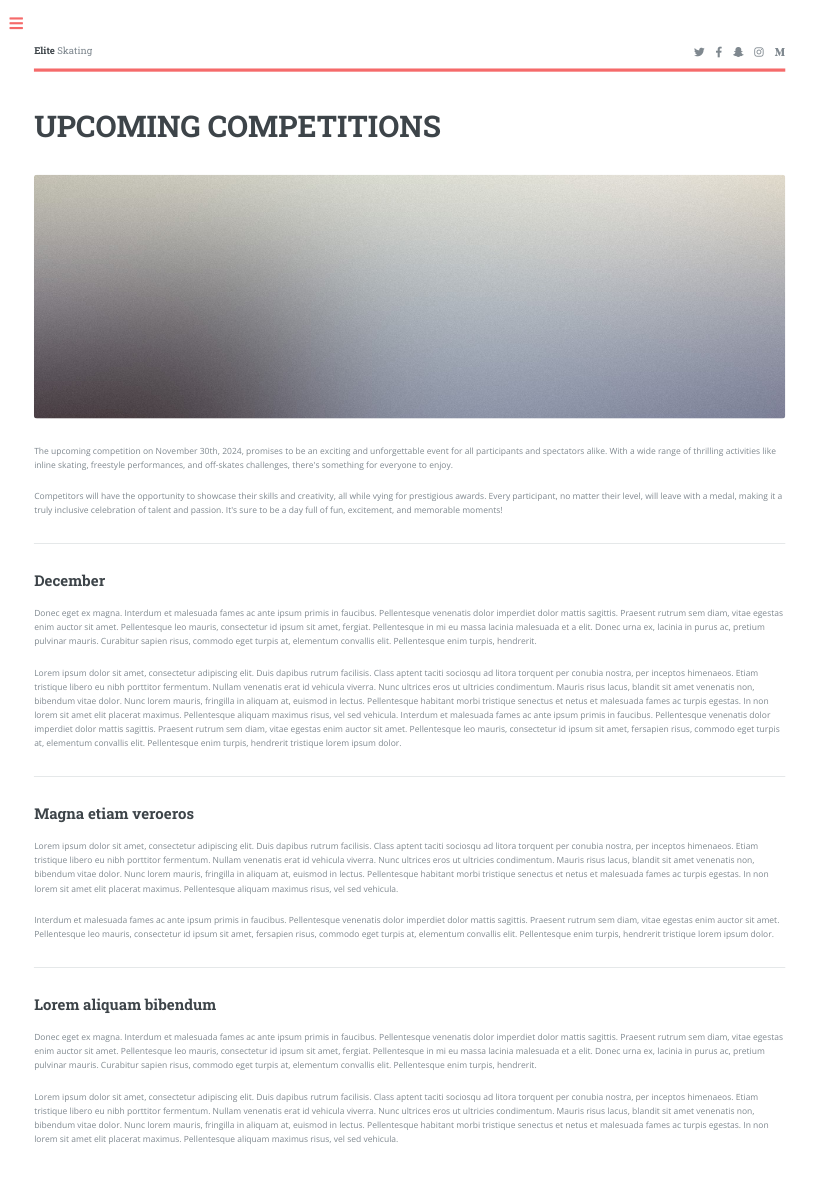
Repository: rachel648/New_Elite
Page: generic.html
These files come from the project's save history. The page is drawn as it stood at one moment and after the next save; the edit follows.
The browser window is 1280 px wide. The pictures show the whole page, at 64% of full size.

Above is the page before, as saved 2024-10-14 11:42:29.

### generic.html
<!DOCTYPE HTML>
<!--
	Editorial by HTML5 UP
	html5up.net | @ajlkn
	Free for personal and commercial use under the CCA 3.0 license (html5up.net/license)
-->
<html>
	<head>
		<title>Generic - Editorial by HTML5 UP</title>
		<meta charset="utf-8" />
		<meta name="viewport" content="width=device-width, initial-scale=1, user-scalable=no" />
		<link rel="stylesheet" href="assets/css/main.css" />
	</head>
	<body class="is-preload">

		<!-- Wrapper -->
			<div id="wrapper">

				<!-- Main -->
					<div id="main">
						<div class="inner">

							<!-- Header -->
								<header id="header">
									<a href="index.html" class="logo"><strong>Elite</strong> Skating</a>
									<ul class="icons">
										<li><a href="#" class="icon brands fa-twitter"><span class="label">Twitter</span></a></li>
										<li><a href="#" class="icon brands fa-facebook-f"><span class="label">Facebook</span></a></li>
										<li><a href="#" class="icon brands fa-snapchat-ghost"><span class="label">Snapchat</span></a></li>
										<li><a href="#" class="icon brands fa-instagram"><span class="label">Instagram</span></a></li>
										<li><a href="#" class="icon brands fa-medium-m"><span class="label">Medium</span></a></li>
									</ul>
								</header>

							<!-- Content -->
								<section>
									<header class="main">
										<h1>UPCOMING COMPETITIONS</h1>
									</header>

									<span class="image main"><img src="images/pic11.jpg" alt="" /></span>

									<p>The upcoming competition on November 30th, 2024, promises to be an exciting and unforgettable event for all participants and spectators alike. With a wide range of thrilling activities like inline skating, freestyle performances, and off-skates challenges, there's something for everyone to enjoy.</p>

									<p>Competitors will have the opportunity to showcase their skills and creativity, all while vying for prestigious awards. Every participant, no matter their level, will leave with a medal, making it a truly inclusive celebration of talent and passion. It's sure to be a day full of fun, excitement, and memorable moments!</p>

									<hr class="major" />

									<h2>December</h2>
									<p>Donec eget ex magna. Interdum et malesuada fames ac ante ipsum primis in faucibus. Pellentesque venenatis dolor imperdiet dolor mattis sagittis. Praesent rutrum sem diam, vitae egestas enim auctor sit amet. Pellentesque leo mauris, consectetur id ipsum sit amet, fergiat. Pellentesque in mi eu massa lacinia malesuada et a elit. Donec urna ex, lacinia in purus ac, pretium pulvinar mauris. Curabitur sapien risus, commodo eget turpis at, elementum convallis elit. Pellentesque enim turpis, hendrerit.</p>
									<p>Lorem ipsum dolor sit amet, consectetur adipiscing elit. Duis dapibus rutrum facilisis. Class aptent taciti sociosqu ad litora torquent per conubia nostra, per inceptos himenaeos. Etiam tristique libero eu nibh porttitor fermentum. Nullam venenatis erat id vehicula viverra. Nunc ultrices eros ut ultricies condimentum. Mauris risus lacus, blandit sit amet venenatis non, bibendum vitae dolor. Nunc lorem mauris, fringilla in aliquam at, euismod in lectus. Pellentesque habitant morbi tristique senectus et netus et malesuada fames ac turpis egestas. In non lorem sit amet elit placerat maximus. Pellentesque aliquam maximus risus, vel sed vehicula. Interdum et malesuada fames ac ante ipsum primis in faucibus. Pellentesque venenatis dolor imperdiet dolor mattis sagittis. Praesent rutrum sem diam, vitae egestas enim auctor sit amet. Pellentesque leo mauris, consectetur id ipsum sit amet, fersapien risus, commodo eget turpis at, elementum convallis elit. Pellentesque enim turpis, hendrerit tristique lorem ipsum dolor.</p>

									<hr class="major" />

									<h2>Magna etiam veroeros</h2>
									<p>Lorem ipsum dolor sit amet, consectetur adipiscing elit. Duis dapibus rutrum facilisis. Class aptent taciti sociosqu ad litora torquent per conubia nostra, per inceptos himenaeos. Etiam tristique libero eu nibh porttitor fermentum. Nullam venenatis erat id vehicula viverra. Nunc ultrices eros ut ultricies condimentum. Mauris risus lacus, blandit sit amet venenatis non, bibendum vitae dolor. Nunc lorem mauris, fringilla in aliquam at, euismod in lectus. Pellentesque habitant morbi tristique senectus et netus et malesuada fames ac turpis egestas. In non lorem sit amet elit placerat maximus. Pellentesque aliquam maximus risus, vel sed vehicula.</p>
									<p>Interdum et malesuada fames ac ante ipsum primis in faucibus. Pellentesque venenatis dolor imperdiet dolor mattis sagittis. Praesent rutrum sem diam, vitae egestas enim auctor sit amet. Pellentesque leo mauris, consectetur id ipsum sit amet, fersapien risus, commodo eget turpis at, elementum convallis elit. Pellentesque enim turpis, hendrerit tristique lorem ipsum dolor.</p>

									<hr class="major" />

									<h2>Lorem aliquam bibendum</h2>
									<p>Donec eget ex magna. Interdum et malesuada fames ac ante ipsum primis in faucibus. Pellentesque venenatis dolor imperdiet dolor mattis sagittis. Praesent rutrum sem diam, vitae egestas enim auctor sit amet. Pellentesque leo mauris, consectetur id ipsum sit amet, fergiat. Pellentesque in mi eu massa lacinia malesuada et a elit. Donec urna ex, lacinia in purus ac, pretium pulvinar mauris. Curabitur sapien risus, commodo eget turpis at, elementum convallis elit. Pellentesque enim turpis, hendrerit.</p>
									<p>Lorem ipsum dolor sit amet, consectetur adipiscing elit. Duis dapibus rutrum facilisis. Class aptent taciti sociosqu ad litora torquent per conubia nostra, per inceptos himenaeos. Etiam tristique libero eu nibh porttitor fermentum. Nullam venenatis erat id vehicula viverra. Nunc ultrices eros ut ultricies condimentum. Mauris risus lacus, blandit sit amet venenatis non, bibendum vitae dolor. Nunc lorem mauris, fringilla in aliquam at, euismod in lectus. Pellentesque habitant morbi tristique senectus et netus et malesuada fames ac turpis egestas. In non lorem sit amet elit placerat maximus. Pellentesque aliquam maximus risus, vel sed vehicula.</p>

								</section>

						</div>
					</div>

				<!-- Sidebar -->
					<div id="sidebar">
						<div class="inner">

							<!-- Search -->
								<section id="search" class="alt">
									<form method="post" action="#">
										<input type="text" name="query" id="query" placeholder="Search" />
									</form>
								</section>

							<!-- Menu -->
								<nav id="menu">
									<header class="major">
										<h2>Menu</h2>
									</header>
									<ul>
										<li><a href="index.html">Homepage</a></li>
										<li><a href="generic.html">Generic</a></li>
										<li><a href="elements.html">Elements</a></li>
										<li>
											<span class="opener">Submenu</span>
											<ul>
												<li><a href="#">Lorem Dolor</a></li>
												<li><a href="#">Ipsum Adipiscing</a></li>
												<li><a href="#">Tempus Magna</a></li>
												<li><a href="#">Feugiat Veroeros</a></li>
											</ul>
										</li>
										<li><a href="#">Etiam Dolore</a></li>
										<li><a href="#">Adipiscing</a></li>
										<li>
											<span class="opener">Another Submenu</span>
											<ul>
												<li><a href="#">Lorem Dolor</a></li>
												<li><a href="#">Ipsum Adipiscing</a></li>
												<li><a href="#">Tempus Magna</a></li>
												<li><a href="#">Feugiat Veroeros</a></li>
											</ul>
										</li>
										<li><a href="#">Maximus Erat</a></li>
										<li><a href="#">Sapien Mauris</a></li>
										<li><a href="#">Amet Lacinia</a></li>
									</ul>
								</nav>

							<!-- Section -->
								<section>
									<header class="major">
										<h2>Ante interdum</h2>
									</header>
									<div class="mini-posts">
										<article>
											<a href="#" class="image"><img src="images/pic07.jpg" alt="" /></a>
											<p>Aenean ornare velit lacus, ac varius enim lorem ullamcorper dolore aliquam.</p>
										</article>
										<article>
											<a href="#" class="image"><img src="images/pic08.jpg" alt="" /></a>
											<p>Aenean ornare velit lacus, ac varius enim lorem ullamcorper dolore aliquam.</p>
										</article>
										<article>
											<a href="#" class="image"><img src="images/pic09.jpg" alt="" /></a>
											<p>Aenean ornare velit lacus, ac varius enim lorem ullamcorper dolore aliquam.</p>
										</article>
									</div>
									<ul class="actions">
										<li><a href="#" class="button">More</a></li>
									</ul>
								</section>

							<!-- Section -->
								<section>
									<header class="major">
										<h2>Get in touch</h2>
									</header>
									<p>Sed varius enim lorem ullamcorper dolore aliquam aenean ornare velit lacus, ac varius enim lorem ullamcorper dolore. Proin sed aliquam facilisis ante interdum. Sed nulla amet lorem feugiat tempus aliquam.</p>
									<ul class="contact">
										<li class="icon solid fa-envelope"><a href="#">information@untitled.tld</a></li>
										<li class="icon solid fa-phone">(000) 000-0000</li>
										<li class="icon solid fa-home">1234 Somewhere Road #8254<br />
										Nashville, TN 00000-0000</li>
									</ul>
								</section>

							<!-- Footer -->
								<footer id="footer">
									<p class="copyright">&copy; Untitled. All rights reserved. Demo Images: <a href="https://unsplash.com">Unsplash</a>. Design: <a href="https://html5up.net">HTML5 UP</a>.</p>
								</footer>

						</div>
					</div>

			</div>

		<!-- Scripts -->
			<script src="assets/js/jquery.min.js"></script>
			<script src="assets/js/browser.min.js"></script>
			<script src="assets/js/breakpoints.min.js"></script>
			<script src="assets/js/util.js"></script>
			<script src="assets/js/main.js"></script>

	</body>
</html>

Loaded but not shown: assets/css/fontawesome-all.min.css (library); assets/js/jquery.min.js (library); assets/js/browser.min.js (common file); assets/js/breakpoints.min.js (common file); assets/js/util.js (587 lines, source omitted); assets/js/main.js (262 lines, source omitted); assets/css/main.css (2284 lines, source omitted)

After the next save:
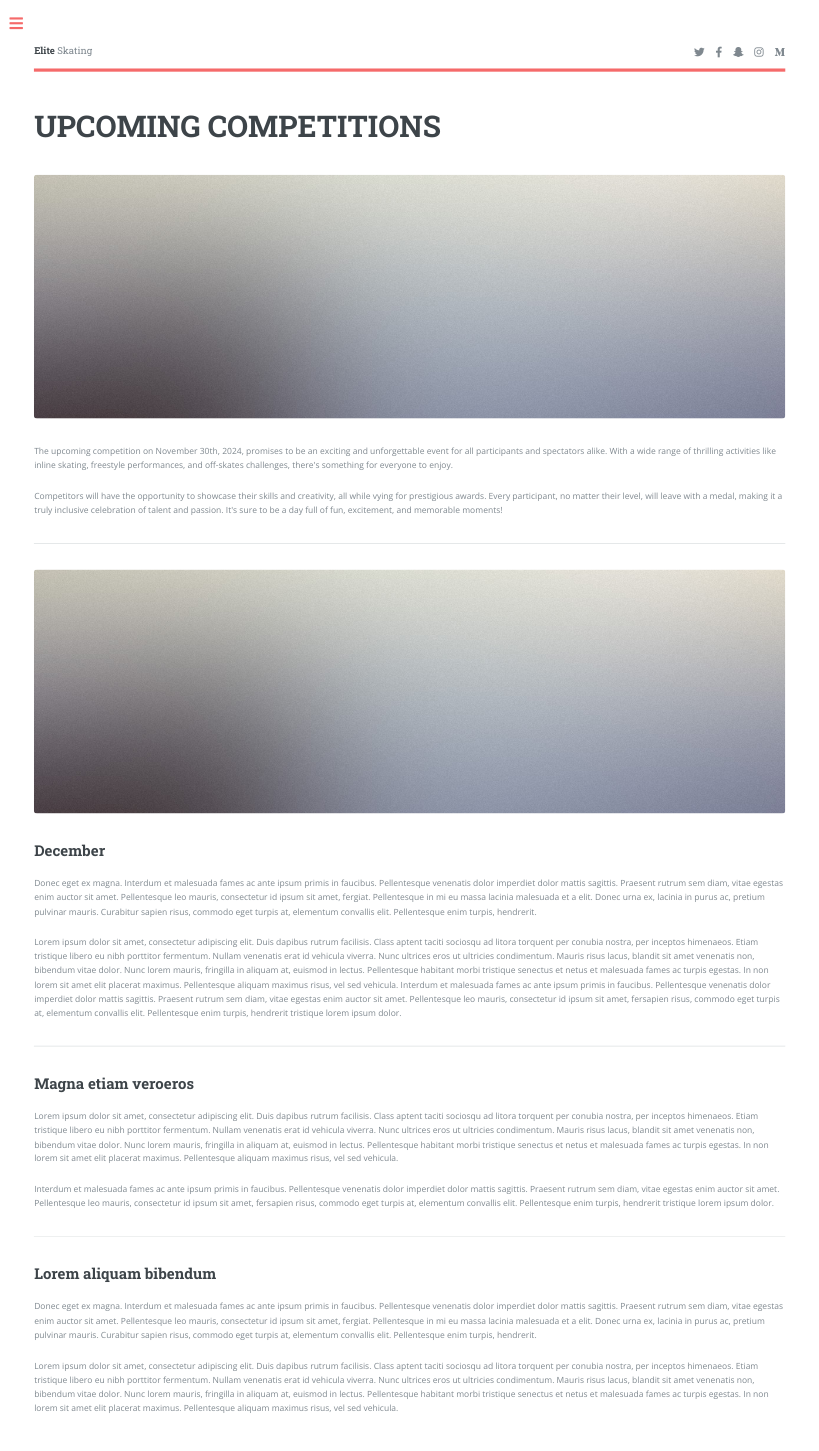
Saved 62 s later.
--- a/generic.html
+++ b/generic.html
@@ -45,6 +45,7 @@
 									<p>Competitors will have the opportunity to showcase their skills and creativity, all while vying for prestigious awards. Every participant, no matter their level, will leave with a medal, making it a truly inclusive celebration of talent and passion. It's sure to be a day full of fun, excitement, and memorable moments!</p>
 
 									<hr class="major" />
+									<span class="image main"><img src="images/pic11.jpg" alt="" /></span>
 
 									<h2>December</h2>
 									<p>Donec eget ex magna. Interdum et malesuada fames ac ante ipsum primis in faucibus. Pellentesque venenatis dolor imperdiet dolor mattis sagittis. Praesent rutrum sem diam, vitae egestas enim auctor sit amet. Pellentesque leo mauris, consectetur id ipsum sit amet, fergiat. Pellentesque in mi eu massa lacinia malesuada et a elit. Donec urna ex, lacinia in purus ac, pretium pulvinar mauris. Curabitur sapien risus, commodo eget turpis at, elementum convallis elit. Pellentesque enim turpis, hendrerit.</p>
